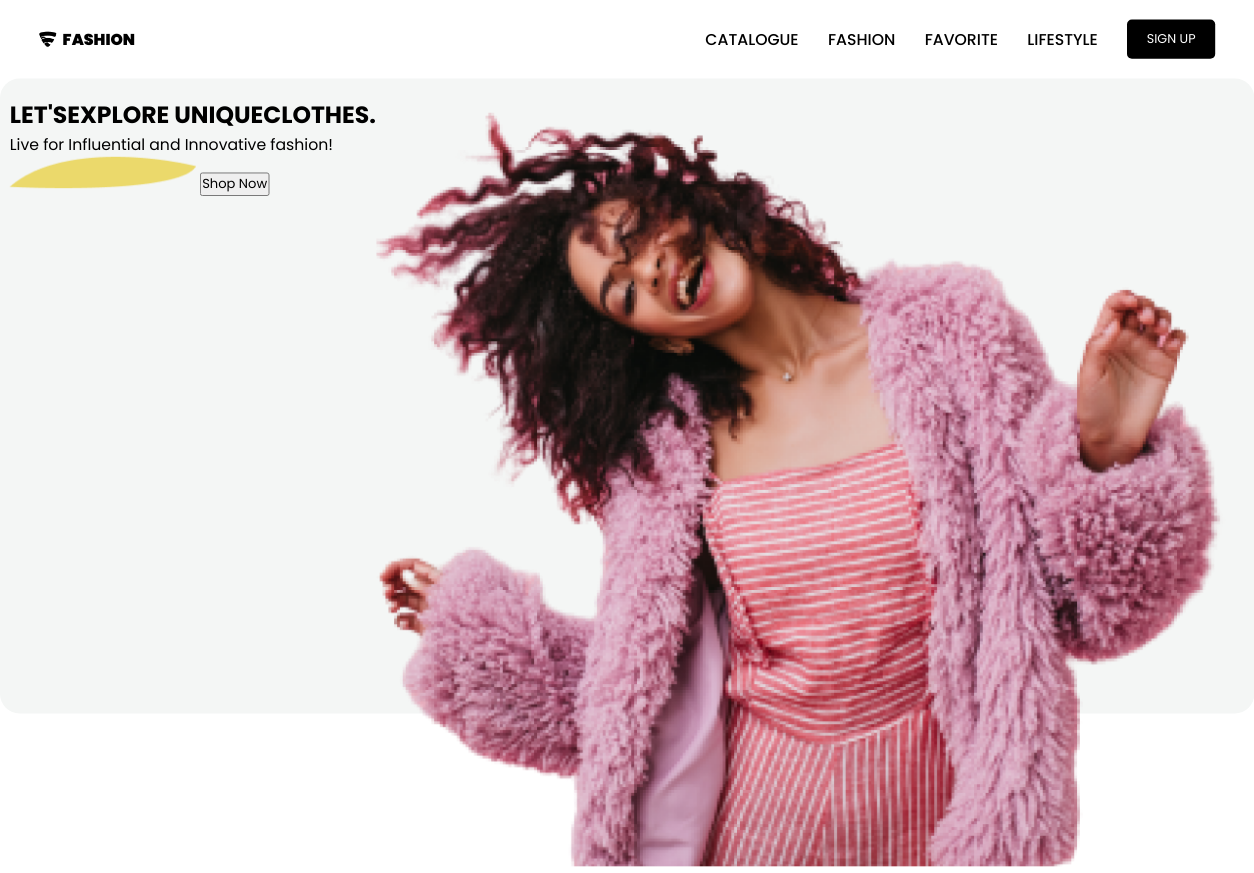
Repository: isaacCodes1/FashionSite
Page: index.html
These files come from the project's save history. The page is drawn as it stood at one moment and after the next save; the edit follows.
The browser window is 1280 px wide. The pictures show the whole page, at 98% of full size.

Above is the page before, as saved 2024-03-11 15:35:35.

After the next save:
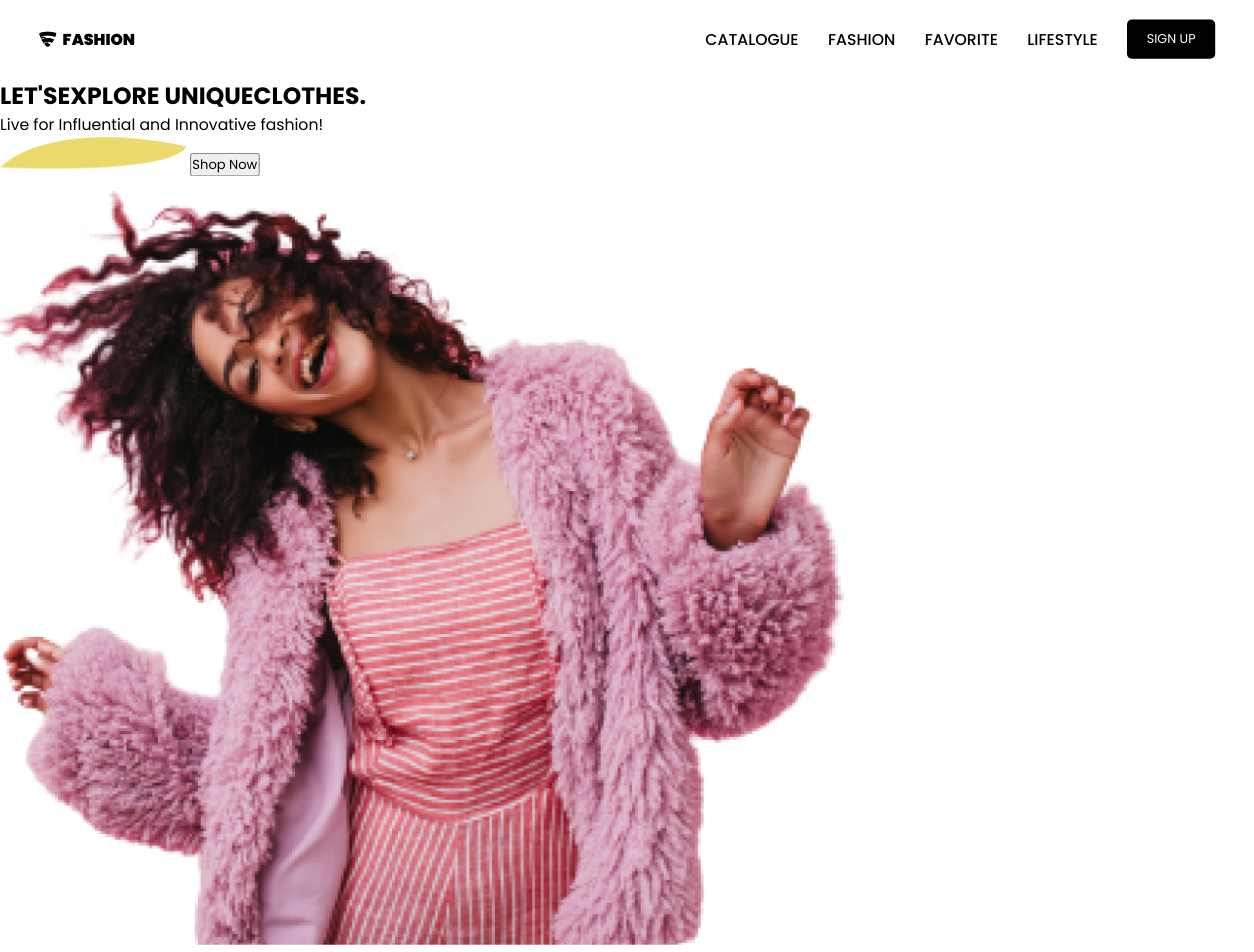
Saved 22 s later.
--- a/index.html
+++ b/index.html
@@ -25,7 +25,7 @@
     </header>
     <main>
       <section class="firstpagecont">
-        <div class="firstpage">
+        <div class="Firstpage">
           <div class="txtcont">
             <h1>
               <span class="spn1">LET'S</span>EXPLORE

After the save that followed:
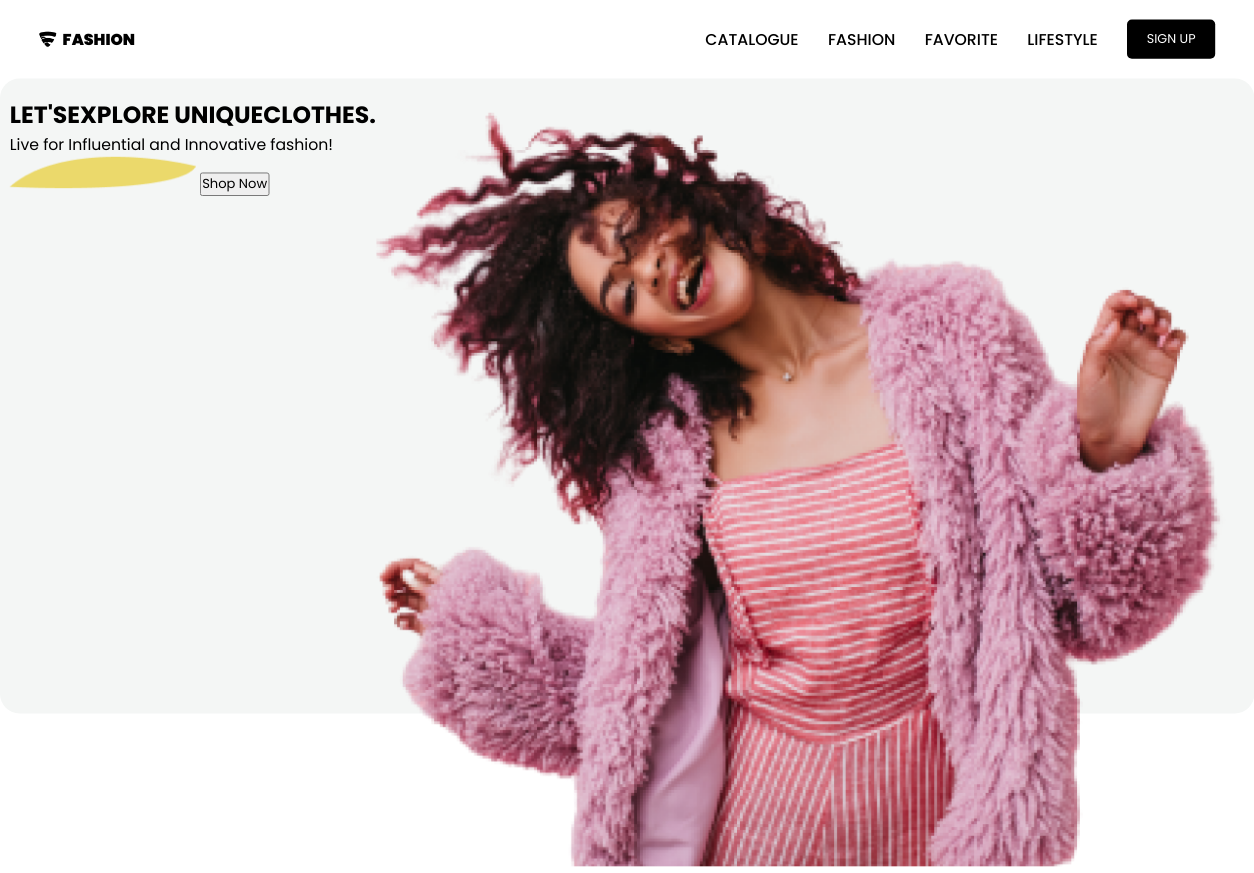
Saved 5 s later.
--- a/style.css
+++ b/style.css
@@ -59,7 +59,7 @@
     background: rgb(137, 136, 136);
 }
 /* firstPageCtn */
-.firstpage {
+.Firstpage {
     display: flex;
     flex: 1;
     width: 100%;
